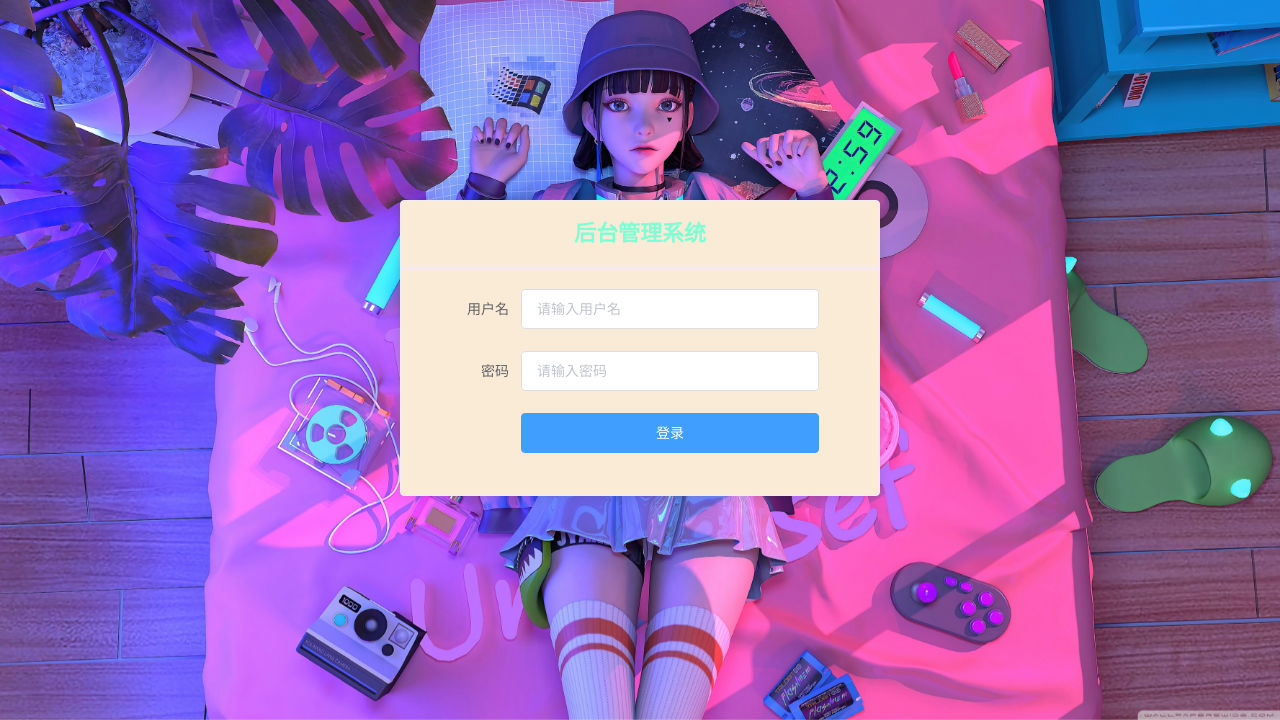
Repository: wuder-jie/Manager-System
Page: /
The author's editor kept a copy of each file at every save. The page is drawn from the files as they stood at one save, then again after a run of saves.
The browser window is 1280 px wide. The pictures show the whole page.
The project was rebuilt for these pictures with package versions that can differ from the ones it lists, and the page was loaded fresh each time. Also part of the build but not shown: vue.config.js.

Above is the page before, as saved 2022-11-27 15:39:06.

### src/main.js
import Vue from "vue";
import App from "./App.vue";
import ElementUI from "element-ui";
import "element-ui/lib/theme-chalk/index.css";
// 引入reset样式重置文件。
import "@/assets/css/reset.css";
// 引入图标样式
import "font-awesome/css/font-awesome.min.css";
// 引入axios
import service from "@/api/service.js";
// 引入路由器
import router from "@/router";
// 把axios挂载到原型，所有的vc都可访问。
Vue.prototype.service = service;
Vue.config.productionTip = false;
Vue.use(ElementUI);

new Vue({ router, render: (h) => h(App) }).$mount("#app");

### src/App.vue
<template>
  <div id="app">
    <router-view></router-view>
  </div>
</template>

<script>
export default {
  name: "app",
  data() {
    return {};
  },
  components: {},
  methods: {},
};
</script>
<style lang="scss">
.suc {
  background-color: red;
}
</style>

### src/assets/css/reset.css
body {
  font-family:arial,helvetica,sans-serif;
  font-size:13px;
  font-size-adjust:none;
  font-stretch:normal;
  font-style:normal;
  font-variant:normal;
  font-weight:normal;
  line-height:1.4;
  text-align:center;
  }
  *{
    margin: 0;
    padding: 0;
    box-sizing: border-box;
  }
  html,body,#app{
    width: 100%;
    height: 100%;
  }
  body, ul, ol, dl, dd, h1, h2, h3, h4, h5, h6, p, form, fieldset, legend, input, textarea, select, button, th, td {
  margin:0;
  padding:0;
  }
  h1, h2, h3, h4, h5, h6 {
  font-size:100%;
  font-weight:normal;
  }
  table {
  font-size:inherit;
  }
  input, select {
  font-family:arial,helvetica,clean,sans-serif;
  font-size:100%;
  font-size-adjust:none;
  font-stretch:normal;
  font-style:normal;
  font-variant:normal;
  font-weight:normal;
  line-height:normal;
  }
  button {
  overflow:visible;
  }
  th, em, strong, b, address, cite {
  font-style:normal;
  font-weight:normal;
  }
  li {
  list-style-image:none;
  list-style-position:outside;
  list-style-type:none;
  }
  img, fieldset {
  border:0 none;
  }
  ins {
  text-decoration:none;
  }

### src/api/service.js
import axios from "axios";
import { getToken } from "@/utils/localStorage.js";
const service = axios.create({
  baseURL: "/api2",
  timeout: 3000,
});
// 添加请求拦截器
service.interceptors.request.use(
  function (config) {
    // 在发送请求之前做些什么
    // 配置token到headers中。
    if (getToken("TOKEN")) {
      config.headers["TOKEN"] = getToken("TOKEN");
    }

    return config;
  },
  function (error) {
    // 对请求错误做些什么
    return Promise.reject(error);
  }
);

// 添加响应拦截器
service.interceptors.response.use(
  function (response) {
    // 对响应数据做点什么
    return response;
  },
  function (error) {
    // 对响应错误做点什么
    return Promise.reject(error);
  }
);
export default service;

### src/router/index.js
import Vue from "vue";
import Router from "vue-router";
Vue.use(Router);
const routes = [
  {
    path: "/",
    redirect: "/login",
  },
  {
    name: "login",
    path: "/login",
    // 路由懒加载
    component: () => import("@/pages/login"),
  },
  {
    name: "NotFound",
    path: "*",
    // 路由懒加载
    component: () => import("@/components/NotFound.vue"),
  },
  {
    name: "home",
    path: "/home",
    // 路由懒加载
    component: () => import("@/pages/home"),
    // 异步组件
    // component: (resolve) => require(["@/pages/home"], resolve),
  },
];

const router = new Router({
  mode: "history",
  routes,
});
export default router;

### src/utils/localStorage.js
export function setToken(key, value) {
  localStorage.setItem(key, value);
}
export function getToken(key) {
  return localStorage.getItem(key);
}
export function removeToken(key) {
  localStorage.removeItem(key);
}

### src/pages/login/index.vue
<template>
  <div id="login">
    <el-card class="box-card">
      <div slot="header" class="clearfix">
        <span>后台管理系统</span>
      </div>
      <el-form
        :model="ruleForm"
        status-icon
        ref="ruleForm"
        label-width="100px"
        class="demo-ruleForm"
      >
        <el-form-item label="用户名" prop="userName">
          <el-input
            type="userName"
            placeholder="请输入用户名"
            v-model.trim="ruleForm.userName"
            @blur="validateUserName"
            autocomplete="off"
          ></el-input>
        </el-form-item>
        <el-form-item label="密码" prop="password">
          <el-input
            type="password"
            placeholder="请输入密码"
            @blur="validatePassWord"
            v-model.trim="ruleForm.password"
            autocomplete="off"
          ></el-input>
        </el-form-item>
        <el-form-item>
          <el-button
            type="primary"
            @click.prevent="submitForm('ruleForm')"
            class="btn-login"
            >登录</el-button
          >
        </el-form-item>
      </el-form>
    </el-card>
  </div>
</template>

<script>
import { login } from "@/api/index.js";
import { setToken } from "@/utils/localStorage.js";
export default {
  name: "LoginItem",
  data() {
    return {
      ruleForm: {
        userName: "",
        password: "",
      },
      // 验证表单
    };
  },
  methods: {
    async submitForm(formName) {
      this.$refs[formName].validate(async (valid) => {
        if (valid) {
          // 发送请求登录请求。
          const data = {
            username: this.ruleForm.userName,
            password: this.ruleForm.password,
          };
          const { data: result } = await login(data);
          if (result.status === 200) {
            setToken("TOKEN", JSON.stringify(result.token));
            setToken("USERNAME", JSON.stringify(result.username));
            this.$message({
              message: "登录成功",
              type: "success",
            });
            this.$router.push("/home");
          }
        } else {
          console.log("error submit!!");
          return false;
        }
      });
    },
    // 验证用户名
    validateUserName() {
      let val1 = /^(?:(?:\+|00)86)?1[3-9]\d{9}$/;
      if (this.ruleForm.userName === "") {
        this.$message({
          message: "用户名不能为空",
          type: "warning",
        });
      } else if (!val1.test(this.ruleForm.userName)) {
        this.$message({
          message: "你输入的手机号不符合规定，请重新输入",
          type: "warning",
        });
      }
    },
    // 验证密码
    validatePassWord() {
      // 大写字母、小写字母、数字、字符任选三项。
      let val2 =
        /^(?![a-zA-Z]+$)(?![A-Z0-9]+$)(?![A-Z\W_!@#$%^&*`~()-+=]+$)(?![a-z0-9]+$)(?![a-z\W_!@#$%^&*`~()-+=]+$)(?![0-9\W_!@#$%^&*`~()-+=]+$)[a-zA-Z0-9\W_!@#$%^&*`~()-+=]/;
      if (this.ruleForm.password === "") {
        this.$message({
          message: "密码不能为空",
          type: "warning",
        });
      } else if (!val2.test(this.ruleForm.password)) {
        this.$message({
          message:
            "密码不符合规定，必须在大写字母、小写字母、数字、字符中任选三项",
          type: "warning",
        });
      }
    },
  },
};
</script>
<style lang="scss">
#login {
  position: absolute;
  width: 100%;
  height: 100%;
  background-color: antiquewhite;
  margin: 0px;
  background: url(@/assets/images/cute_anime_girl_2-wallpaper-3554x1999.jpg) no-repeat;
  background-size: 100% 100%;
  background-attachment: fixed;
  .el-form{
    margin-right: 40px;

  }
  .box-card{
    background-color: antiquewhite;
  }
  .btn-login {
    width: 100%;
  }
  .text {
    font-size: 14px;
  }
  .clearfix span {
    font-size: 22px;
    font-weight: 600;
    color: aquamarine;
  }

  .clearfix:before,
  .clearfix:after {
    display: table;
    content: "";
  }
  .clearfix:after {
    clear: both;
  }

  .box-card {
    width: 480px;
    margin: 200px auto;
  }
}
</style>

### src/api/index.js
import service from "./service.js";

// 登录请求。/login    post   username,password
export const login = function (data = {}) {
  return service({url:'/login',method:'post',data})
};

Loaded but not shown: public/index.html (common file)

After the next 2 saves:
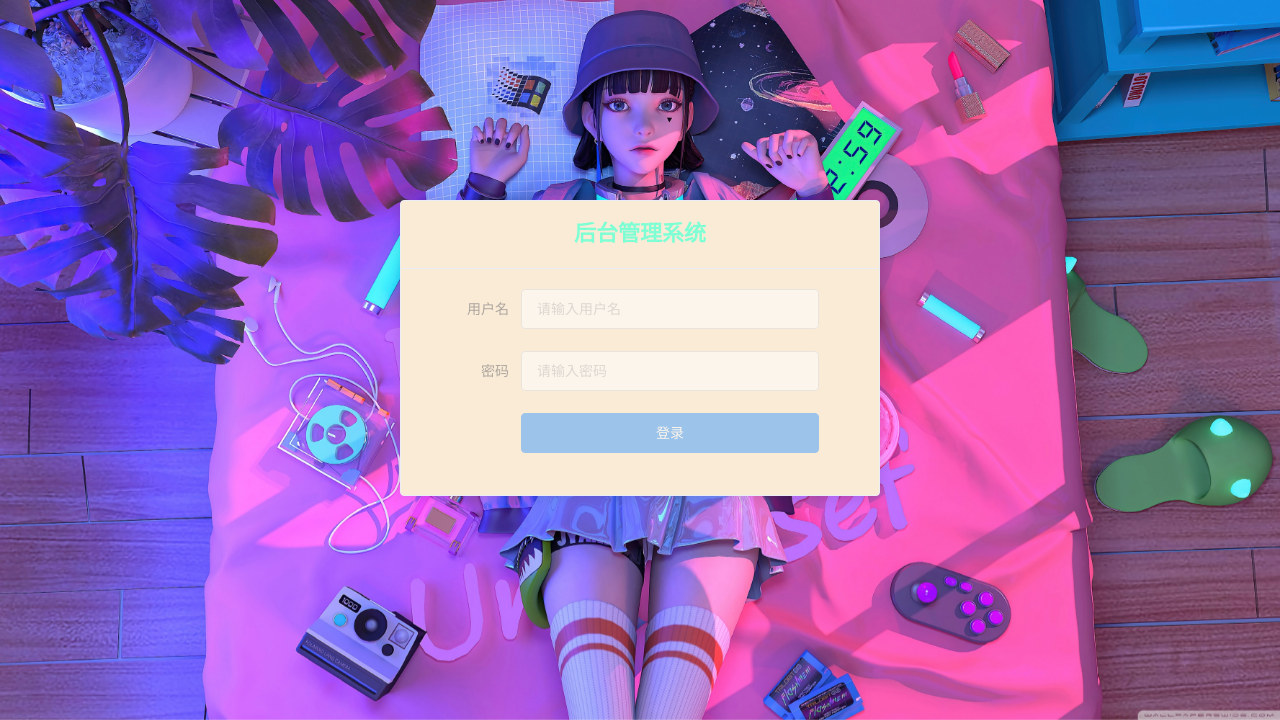
The 2 saves are shown as one change because they came seconds apart.
The last was saved 55 s later.
--- a/src/pages/login/index.vue
+++ b/src/pages/login/index.vue
@@ -124,14 +124,17 @@ export default {
   height: 100%;
   background-color: antiquewhite;
   margin: 0px;
-  background: url(@/assets/images/cute_anime_girl_2-wallpaper-3554x1999.jpg) no-repeat;
+  background: url(@/assets/images/cute_anime_girl_2-wallpaper-3554x1999.jpg)
+    no-repeat;
   background-size: 100% 100%;
   background-attachment: fixed;
-  .el-form{
+  .el-form {
     margin-right: 40px;
-
+    filter: alpha(Opacity=80);
+    -moz-opacity: 0.5;
+    opacity: 0.5;
   }
-  .box-card{
+  .box-card {
     background-color: antiquewhite;
   }
   .btn-login {
